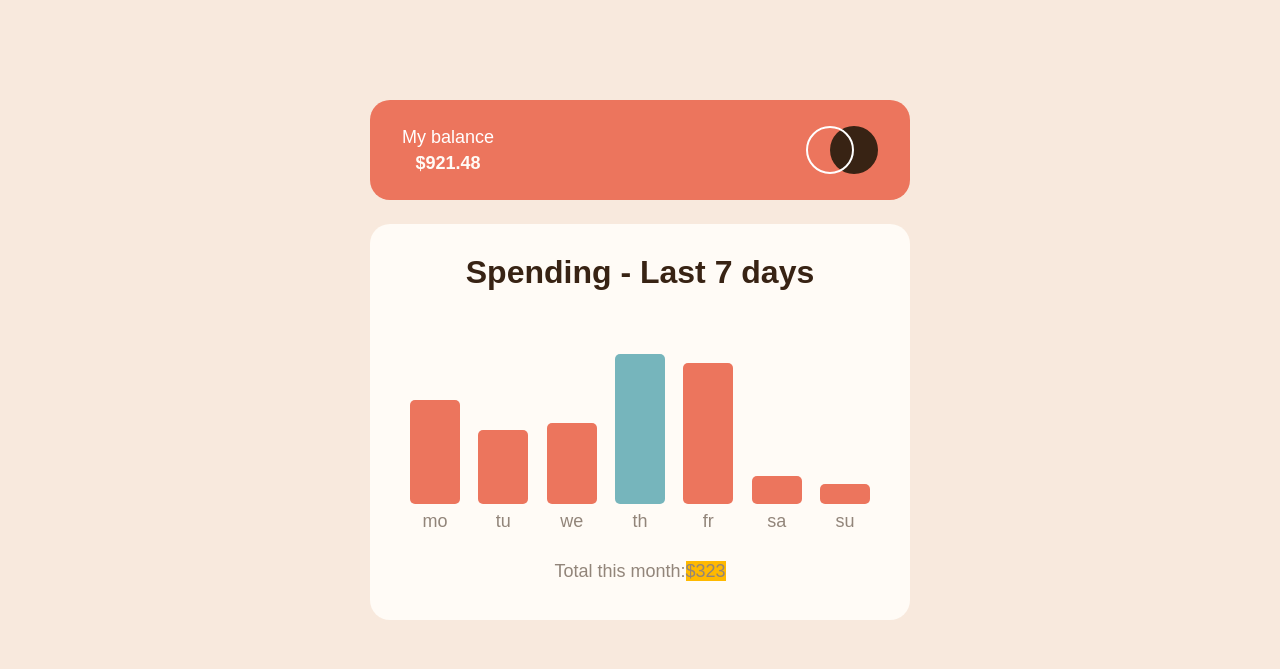
Repository: usmanov16/6-oy-2-dars-
Page: /
These files come from the project's save history. The page is drawn as it stood at one moment and after a run of saves; the edit follows.
The browser window is 1280 px wide. The pictures show the whole page.
The project was rebuilt for these pictures with package versions that can differ from the ones it lists, and the page was loaded fresh each time. Also part of the build but not shown: vite.config.js.

Above is the page before, as saved 2025-08-28 18:58:41.

After the next 3 saves:
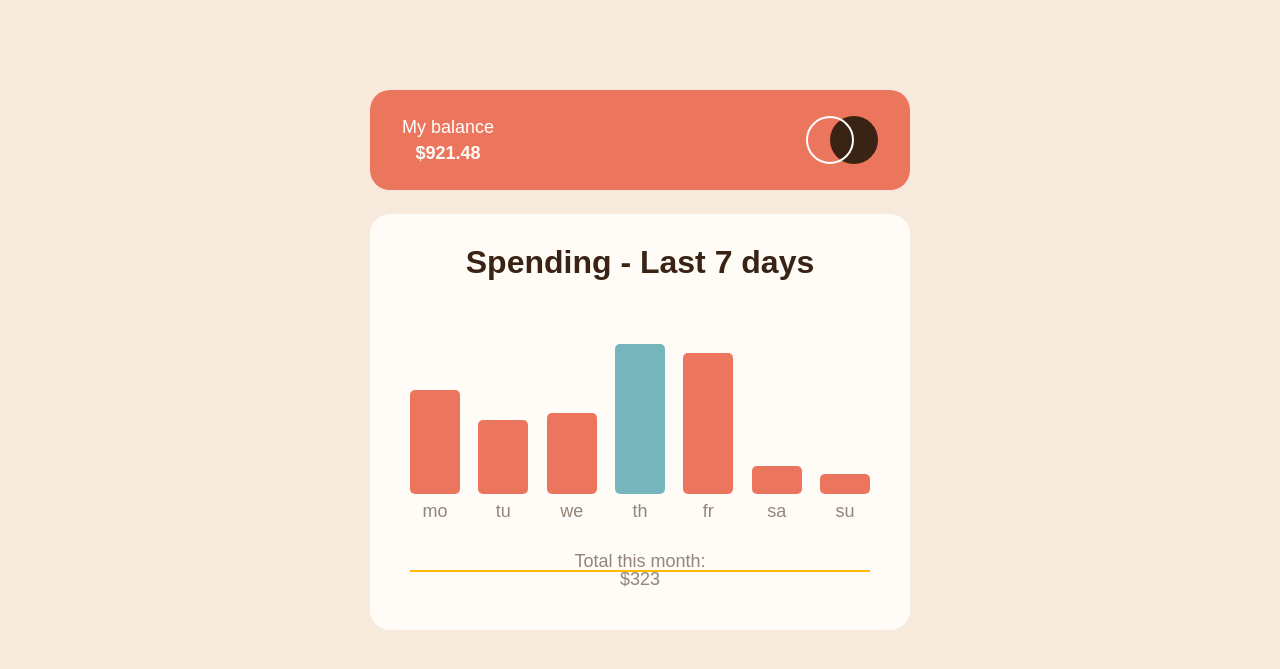
The 3 saves are shown as one change because they came seconds apart.
The last was saved 28 s later.
--- a/src/components/CardBottom.jsx
+++ b/src/components/CardBottom.jsx
@@ -78,7 +78,7 @@ function CardBottom() {
         })}
       </ul>
       <span className='w-[460px] h-0.5 bg-card-white'></span>
-      <div>
+      <div className='flex flex-col'>
       <span className="text-medium-brown font-normal leading-[1] ">Total this month:</span>
       <span className="bg-amber-400 w-[460px] h-0.5">${total}</span>
       <br />
